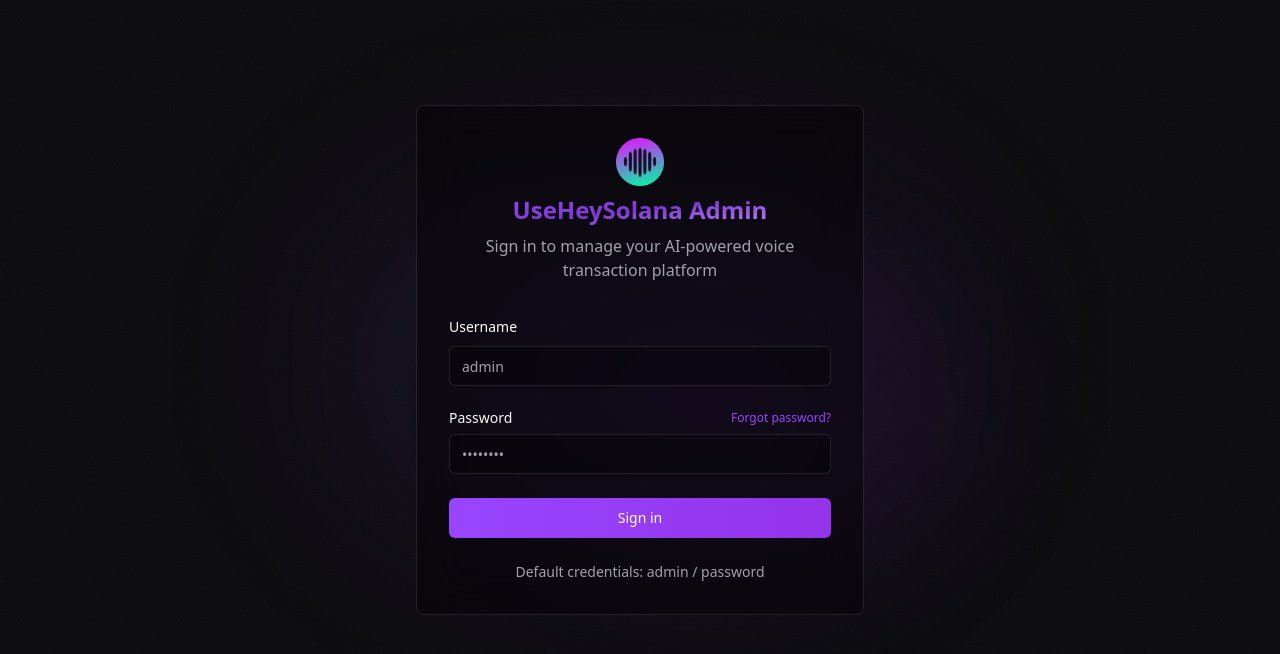
Repository: YrayPixels/Heysolana-admin-dashboard
Page: /
These files come from the project's save history. The page is drawn as it stood at one moment and after a run of saves; the edit follows.
The browser window is 1280 px wide. The pictures show the whole page.
The project was rebuilt for these pictures with package versions that can differ from the ones it lists, and the page was loaded fresh each time. Also part of the build but not shown: vite.config.ts, src/components/ui/tooltip.tsx, src/components/ui-custom/GlassCard.tsx, src/components/ui-custom/StatsCard.tsx, src/components/ui/dialog.tsx, src/components/ui/form.tsx, src/components/ui-custom/AddToWaitlistForm.tsx, src/components/ui/avatar.tsx and 11 more.

Above is the page before, as saved 2025-03-13 14:57:23.

### index.html
<!DOCTYPE html>
<html lang="en">
  <head>
    <meta charset="UTF-8" />
    <meta name="viewport" content="width=device-width, initial-scale=1.0" />
    <title>useHeySolana</title>
    <meta name="description" content="Lovable Generated Project" />
    <meta name="author" content="Lovable" />
    <meta property="og:image" content="/og-image.png" />
  </head>

  <body>
    <div id="root"></div>
    <!-- IMPORTANT: DO NOT REMOVE THIS SCRIPT TAG OR THIS VERY COMMENT! -->
    <script src="https://cdn.gpteng.co/gptengineer.js" type="module"></script>
    <script type="module" src="/src/main.tsx"></script>
  </body>
</html>

### src/App.tsx

import { Toaster } from "@/components/ui/toaster";
import { Toaster as Sonner } from "@/components/ui/sonner";
import { TooltipProvider } from "@/components/ui/tooltip";
import { QueryClient, QueryClientProvider } from "@tanstack/react-query";
import { BrowserRouter, Routes, Route, Navigate } from "react-router-dom";
import { AuthProvider } from "./components/AuthContext";
import SignIn from "./pages/SignIn";
import Dashboard from "./pages/Dashboard";
import WaitlistPage from "./pages/WaitlistPage";
import ProfilePage from "./pages/ProfilePage";
import NotFound from "./pages/NotFound";
import { isAuthenticated } from "./services/api";

const queryClient = new QueryClient();

// Protected route component
const ProtectedRoute = ({ children }: { children: JSX.Element }) => {
  const auth = isAuthenticated();

  if (!auth) {
    return <Navigate to="/" replace />;
  }

  return children;
};

const App = () => (
  <QueryClientProvider client={queryClient}>
    <TooltipProvider>
      <Toaster />
      <Sonner />
      <BrowserRouter>
        <AuthProvider>
          <Routes>
            <Route path="/" element={<SignIn />} />

            <Route
              path="/dashboard"
              element={
                <ProtectedRoute>
                  <Dashboard />
                </ProtectedRoute>
              }
            />

            <Route
              path="/waitlist"
              element={
                <ProtectedRoute>
                  <WaitlistPage />
                </ProtectedRoute>
              }
            />

            <Route
              path="/profile"
              element={
                <ProtectedRoute>
                  <ProfilePage />
                </ProtectedRoute>
              }
            />

            <Route path="*" element={<NotFound />} />
          </Routes>
        </AuthProvider>
      </BrowserRouter>
    </TooltipProvider>
  </QueryClientProvider>
);

export default App;

### src/index.css

@tailwind base;
@tailwind components;
@tailwind utilities;

@layer base {
  :root {
    --background: 240 10% 3.9%;
    --foreground: 0 0% 98%;

    --card: 240 10% 6.9%;
    --card-foreground: 0 0% 98%;

    --popover: 240 10% 3.9%;
    --popover-foreground: 0 0% 98%;

    --primary: 262 100% 64%;
    --primary-foreground: 0 0% 100%;

    --secondary: 240 3.7% 15.9%;
    --secondary-foreground: 0 0% 98%;

    --muted: 240 3.7% 15.9%;
    --muted-foreground: 240 5% 64.9%;

    --accent: 240 3.7% 15.9%;
    --accent-foreground: 0 0% 98%;

    --destructive: 0 62.8% 30.6%;
    --destructive-foreground: 0 0% 98%;

    --border: 240 3.7% 15.9%;
    --input: 240 3.7% 15.9%;
    --ring: 262 100% 64%;

    --radius: 0.5rem;

    --sidebar-background: 240 10% 4.9%;
    --sidebar-foreground: 0 0% 98%;
    --sidebar-primary: 262 100% 64%;
    --sidebar-primary-foreground: 0 0% 100%;
    --sidebar-accent: 240 3.7% 15.9%;
    --sidebar-accent-foreground: 0 0% 98%;
    --sidebar-border: 240 3.7% 15.9%;
    --sidebar-ring: 262 100% 64%;
  }
}

@layer base {
  * {
    @apply border-border selection:bg-solana/20 selection:text-solana;
  }

  body {
    @apply bg-background text-foreground antialiased overflow-x-hidden;
    font-feature-settings: "ss01", "ss02", "cv01", "cv02", "cv03";
  }

  html {
    @apply scroll-smooth;
  }
}

@layer utilities {
  .scrollbar-none {
    -ms-overflow-style: none;
    scrollbar-width: none;
  }

  .scrollbar-none::-webkit-scrollbar {
    display: none;
  }

  .glass-morphism {
    @apply backdrop-blur-xl bg-white/5 border border-white/10 shadow-[0_4px_12px_-2px_rgba(0,0,0,0.3)];
  }

  .glass-card {
    @apply backdrop-blur-xl bg-black/40 border border-white/10 rounded-lg;
  }

  .text-gradient {
    @apply bg-gradient-to-br from-white via-white/90 to-white/70 bg-clip-text text-transparent;
  }

  .text-gradient-solana {
    @apply bg-gradient-to-br from-solana via-solana/80 to-purple-400 bg-clip-text text-transparent;
  }

  .page-transitions {
    @apply transition-all duration-500 ease-in-out;
  }

  .animate-in-sequence > *:nth-child(1) { animation-delay: 0ms; }
  .animate-in-sequence > *:nth-child(2) { animation-delay: 100ms; }
  .animate-in-sequence > *:nth-child(3) { animation-delay: 200ms; }
  .animate-in-sequence > *:nth-child(4) { animation-delay: 300ms; }
  .animate-in-sequence > *:nth-child(5) { animation-delay: 400ms; }
  .animate-in-sequence > *:nth-child(6) { animation-delay: 500ms; }
}

### src/components/ui/toaster.tsx
import { useToast } from "@/hooks/use-toast"
import {
  Toast,
  ToastClose,
  ToastDescription,
  ToastProvider,
  ToastTitle,
  ToastViewport,
} from "@/components/ui/toast"

export function Toaster() {
  const { toasts } = useToast()

  return (
    <ToastProvider>
      {toasts.map(function ({ id, title, description, action, ...props }) {
        return (
          <Toast key={id} {...props}>
            <div className="grid gap-1">
              {title && <ToastTitle>{title}</ToastTitle>}
              {description && (
                <ToastDescription>{description}</ToastDescription>
              )}
            </div>
            {action}
            <ToastClose />
          </Toast>
        )
      })}
      <ToastViewport />
    </ToastProvider>
  )
}

### src/components/ui/sonner.tsx
import { useTheme } from "next-themes"
import { Toaster as Sonner } from "sonner"

type ToasterProps = React.ComponentProps<typeof Sonner>

const Toaster = ({ ...props }: ToasterProps) => {
  const { theme = "system" } = useTheme()

  return (
    <Sonner
      theme={theme as ToasterProps["theme"]}
      className="toaster group"
      toastOptions={{
        classNames: {
          toast:
            "group toast group-[.toaster]:bg-background group-[.toaster]:text-foreground group-[.toaster]:border-border group-[.toaster]:shadow-lg",
          description: "group-[.toast]:text-muted-foreground",
          actionButton:
            "group-[.toast]:bg-primary group-[.toast]:text-primary-foreground",
          cancelButton:
            "group-[.toast]:bg-muted group-[.toast]:text-muted-foreground",
        },
      }}
      {...props}
    />
  )
}

export { Toaster }

### src/components/AuthContext.tsx

import React, { createContext, useEffect, useState } from 'react';
import {
  getUserProfile,
  isAuthenticated,
  loginUser,
  logoutUser,
  updateUserProfile,
  UserProfile
} from '@/services/api';
import { useNavigate } from 'react-router-dom';

interface AuthContextType {
  user: UserProfile | null;
  isLoggedIn: boolean;
  login: (username: string, password: string) => Promise<boolean>;
  logout: () => void;
  updateProfile: (profile: Partial<UserProfile>) => Promise<UserProfile | null>;
}

export const AuthContext = createContext<AuthContextType>({
  user: null,
  isLoggedIn: false,
  login: async () => false,
  logout: () => {},
  updateProfile: async () => null,
});

export const AuthProvider: React.FC<{ children: React.ReactNode }> = ({ children }) => {
  const [user, setUser] = useState<UserProfile | null>(null);
  const [isLoggedIn, setIsLoggedIn] = useState<boolean>(false);
  const navigate = useNavigate();

  useEffect(() => {
    // Check if user is authenticated on mount
    const checkAuth = () => {
      const authenticated = isAuthenticated();
      setIsLoggedIn(authenticated);

      if (authenticated) {
        const profile = getUserProfile();
        setUser(profile);
      }
    };

    checkAuth();
  }, []);

  const login = async (username: string, password: string) => {
    const success = await loginUser(username, password);

    if (success) {
      setIsLoggedIn(true);
      const profile = getUserProfile();
      setUser(profile);
      navigate('/dashboard');
    }

    return success;
  };

  const logout = () => {
    logoutUser();
    setIsLoggedIn(false);
    setUser(null);
    navigate('/');
  };

  const updateProfile = async (profile: Partial<UserProfile>) => {
    const updatedProfile = await updateUserProfile(profile);

    if (updatedProfile) {
      setUser(updatedProfile);
    }

    return updatedProfile;
  };

  return (
    <AuthContext.Provider value={{ user, isLoggedIn, login, logout, updateProfile }}>
      {children}
    </AuthContext.Provider>
  );
};

export const useAuth = () => {
  const context = React.useContext(AuthContext);

  if (context === undefined) {
    throw new Error('useAuth must be used within an AuthProvider');
  }

  return context;
};

### src/pages/SignIn.tsx

import React, { useState } from 'react';
import { useAuth } from '@/hooks/useAuth';
import { Button } from '@/components/ui/button';
import { Input } from '@/components/ui/input';
import { Label } from '@/components/ui/label';
import { Volume2 } from 'lucide-react';
import AnimatedText from '@/components/ui-custom/AnimatedText';
import { toast } from 'sonner';
import Logo from '../../public/logo.png';

const SignIn: React.FC = () => {
  const { login } = useAuth();
  const [username, setUsername] = useState('');
  const [password, setPassword] = useState('');
  const [loading, setLoading] = useState(false);

  const handleSubmit = async (e: React.FormEvent) => {
    e.preventDefault();

    if (!username || !password) {
      toast.error('Please enter both username and password');
      return;
    }

    setLoading(true);

    try {
      const success = await login(username, password);

      if (!success) {
        toast.error('Invalid credentials. Try admin/password');
      }
    } catch (error) {
      console.error('Login error:', error);
      toast.error('An error occurred during login');
    } finally {
      setLoading(false);
    }
  };

  return (
    <div className="flex min-h-screen items-center justify-center bg-background bg-noise p-4">
      <div className="absolute inset-0 overflow-hidden">
        <div className="absolute top-1/4 left-1/4 w-1/2 h-1/2 bg-solana/10 blur-[120px] rounded-full animate-pulse-slow"></div>
        <div className="absolute bottom-1/4 right-1/4 w-1/3 h-1/3 bg-purple-700/10 blur-[100px] rounded-full animate-pulse-slow" style={{ animationDelay: '1s' }}></div>
      </div>

      <div className="glass-card p-8 w-full max-w-md z-10">
        <div className="flex flex-col items-center space-y-2 mb-8">
          <div className="h-12 w-12 rounded-full bg-solana/10 flex items-center justify-center">
            <img src={Logo} />
          </div>
          <h1 className="text-2xl font-bold mt-4">
            <AnimatedText gradient>UseHeySolana Admin</AnimatedText>
          </h1>
          <p className="text-muted-foreground text-center mt-1">
            <AnimatedText delay={200}>Sign in to manage your AI-powered voice transaction platform</AnimatedText>
          </p>
        </div>

        <form onSubmit={handleSubmit} className="space-y-6">
          <div className="space-y-2">
            <Label htmlFor="username">Username</Label>
            <Input
              id="username"
              placeholder="admin"
              value={username}
              onChange={(e) => setUsername(e.target.value)}
              className="bg-black/30 border-white/10"
            />
          </div>

          <div className="space-y-2">
            <div className="flex items-center justify-between">
              <Label htmlFor="password">Password</Label>
              <a href="#" className="text-xs text-solana hover:text-solana/80 transition-colors">
                Forgot password?
              </a>
            </div>
            <Input
              id="password"
              type="password"
              placeholder="••••••••"
              value={password}
              onChange={(e) => setPassword(e.target.value)}
              className="bg-black/30 border-white/10"
            />
          </div>

          <Button
            type="submit"
            className="w-full bg-gradient-to-r from-solana to-purple-600 hover:opacity-90 transition-opacity"
            disabled={loading}
          >
            {loading ? 'Signing in...' : 'Sign in'}
          </Button>
        </form>

        <div className="mt-6 text-center text-sm text-muted-foreground">
          <p>Default credentials: admin / password</p>
        </div>
      </div>
    </div>
  );
};

export default SignIn;

### src/services/api.ts

import { toast } from "sonner";

export interface WaitlistUser {
  id: number;
  email_address: string;
  first_name: string;
  last_name: string;
  country: string;
  wallet_address: string;
  created_at?: string;
}

export interface UserProfile {
  username: string;
  email: string;
  fullName: string;
  avatar: string;
}

const BASE_URL = "https://api.yraytestings.com.ng/api";

// Error handling helper
const handleError = (error: { response?: { data?: { message?: string } } }) => {
  console.error("API Error:", error);
  const message = error.response?.data?.message || 'Something went wrong';
  toast.error(message);
  return null;
};

// Get waitlist users
export const getWaitlistUsers = async (): Promise<WaitlistUser[]> => {
  try {
    console.log("Fetching waitlist users from", `${BASE_URL}/get_waitlist`);
    const response = await fetch(`${BASE_URL}/get_waitlist`);

    if (!response.ok) {
      throw new Error(`Failed to fetch waitlist: ${response.statusText}`);
    }

    const data = await response.json();
    console.log("Waitlist data:", data);
    return data || [];
  } catch (error) {
    handleError(error);
    return [];
  }
};

// Add a user to the waitlist
export const addToWaitlist = async (userData: Omit<WaitlistUser, 'id'>): Promise<boolean> => {
  try {
    console.log("Adding user to waitlist:", userData);
    const response = await fetch(`${BASE_URL}/add_to_waitlist`, {
      method: 'POST',
      headers: {
        'Content-Type': 'application/json',
      },
      body: JSON.stringify(userData),
    });

    if (!response.ok) {
      throw new Error(`Failed to add to waitlist: ${response.statusText}`);
    }

    toast.success('User added to waitlist successfully');
    return true;
  } catch (error) {
    handleError(error);
    return false;
  }
};

// Mock auth service
export const loginUser = async (username: string, password: string): Promise<boolean> => {
  try {
    // For demo purposes, hardcoded credentials
    if (username === 'admin' && password === 'password') {
      // Store auth token in localStorage
      localStorage.setItem('auth_token', 'mock_token_12345');
      localStorage.setItem('user_profile', JSON.stringify({
        username: 'admin',
        email: 'admin@example.com',
        fullName: 'Admin User',
        avatar: '',
      }));
      return true;
    }

    throw new Error('Invalid credentials');
  } catch (error) {
    handleError(error);
    return false;
  }
};

// Mock profile update
export const updateUserProfile = async (profile: Partial<UserProfile>): Promise<UserProfile | null> => {
  try {
    // For demo purposes, just update localStorage
    const currentProfile = localStorage.getItem('user_profile');
    if (!currentProfile) {
      throw new Error('No user profile found');
    }

    const parsedProfile = JSON.parse(currentProfile);
    const updatedProfile = { ...parsedProfile, ...profile };

    localStorage.setItem('user_profile', JSON.stringify(updatedProfile));
    toast.success('Profile updated successfully');

    return updatedProfile;
  } catch (error) {
    handleError(error);
    return null;
  }
};

// Get stored user profile
export const getUserProfile = (): UserProfile | null => {
  try {
    const profile = localStorage.getItem('user_profile');
    if (!profile) return null;
    return JSON.parse(profile);
  } catch (error) {
    handleError(error);
    return null;
  }
};

// Check if user is authenticated
export const isAuthenticated = (): boolean => {
  return !!localStorage.getItem('auth_token');
};

// Logout user
export const logoutUser = (): void => {
  localStorage.removeItem('auth_token');
  localStorage.removeItem('user_profile');
  toast.success('Logged out successfully');
};

### src/hooks/useAuth.tsx

import { AuthContext } from '@/components/AuthContext';
import { useContext } from 'react';

export const useAuth = () => {
  return useContext(AuthContext);
};

### src/components/ui/button.tsx
import * as React from "react"
import { Slot } from "@radix-ui/react-slot"
import { cva, type VariantProps } from "class-variance-authority"

import { cn } from "@/lib/utils"

const buttonVariants = cva(
  "inline-flex items-center justify-center gap-2 whitespace-nowrap rounded-md text-sm font-medium ring-offset-background transition-colors focus-visible:outline-none focus-visible:ring-2 focus-visible:ring-ring focus-visible:ring-offset-2 disabled:pointer-events-none disabled:opacity-50 [&_svg]:pointer-events-none [&_svg]:size-4 [&_svg]:shrink-0",
  {
    variants: {
      variant: {
        default: "bg-primary text-primary-foreground hover:bg-primary/90",
        destructive:
          "bg-destructive text-destructive-foreground hover:bg-destructive/90",
        outline:
          "border border-input bg-background hover:bg-accent hover:text-accent-foreground",
        secondary:
          "bg-secondary text-secondary-foreground hover:bg-secondary/80",
        ghost: "hover:bg-accent hover:text-accent-foreground",
        link: "text-primary underline-offset-4 hover:underline",
      },
      size: {
        default: "h-10 px-4 py-2",
        sm: "h-9 rounded-md px-3",
        lg: "h-11 rounded-md px-8",
        icon: "h-10 w-10",
      },
    },
    defaultVariants: {
      variant: "default",
      size: "default",
    },
  }
)

export interface ButtonProps
  extends React.ButtonHTMLAttributes<HTMLButtonElement>,
    VariantProps<typeof buttonVariants> {
  asChild?: boolean
}

const Button = React.forwardRef<HTMLButtonElement, ButtonProps>(
  ({ className, variant, size, asChild = false, ...props }, ref) => {
    const Comp = asChild ? Slot : "button"
    return (
      <Comp
        className={cn(buttonVariants({ variant, size, className }))}
        ref={ref}
        {...props}
      />
    )
  }
)
Button.displayName = "Button"

export { Button, buttonVariants }

### src/components/ui/input.tsx
import * as React from "react"

import { cn } from "@/lib/utils"

const Input = React.forwardRef<HTMLInputElement, React.ComponentProps<"input">>(
  ({ className, type, ...props }, ref) => {
    return (
      <input
        type={type}
        className={cn(
          "flex h-10 w-full rounded-md border border-input bg-background px-3 py-2 text-base ring-offset-background file:border-0 file:bg-transparent file:text-sm file:font-medium file:text-foreground placeholder:text-muted-foreground focus-visible:outline-none focus-visible:ring-2 focus-visible:ring-ring focus-visible:ring-offset-2 disabled:cursor-not-allowed disabled:opacity-50 md:text-sm",
          className
        )}
        ref={ref}
        {...props}
      />
    )
  }
)
Input.displayName = "Input"

export { Input }

### src/components/ui/label.tsx
import * as React from "react"
import * as LabelPrimitive from "@radix-ui/react-label"
import { cva, type VariantProps } from "class-variance-authority"

import { cn } from "@/lib/utils"

const labelVariants = cva(
  "text-sm font-medium leading-none peer-disabled:cursor-not-allowed peer-disabled:opacity-70"
)

const Label = React.forwardRef<
  React.ElementRef<typeof LabelPrimitive.Root>,
  React.ComponentPropsWithoutRef<typeof LabelPrimitive.Root> &
    VariantProps<typeof labelVariants>
>(({ className, ...props }, ref) => (
  <LabelPrimitive.Root
    ref={ref}
    className={cn(labelVariants(), className)}
    {...props}
  />
))
Label.displayName = LabelPrimitive.Root.displayName

export { Label }

### src/components/ui-custom/AnimatedText.tsx

import { cn } from '@/lib/utils';
import React from 'react';

interface AnimatedTextProps {
  text?: string;
  children?: React.ReactNode;
  className?: string;
  gradient?: boolean;
  delay?: number;
}

const AnimatedText: React.FC<AnimatedTextProps> = ({
  text,
  children,
  className,
  gradient = false,
  delay = 0
}) => {
  const content = text || children;

  return (
    <span
      className={cn(
        'inline-block opacity-0 animate-fade-in',
        gradient && 'text-gradient-solana',
        className
      )}
      style={{ animationDelay: `${delay}ms` }}
    >
      {content}
    </span>
  );
};

export default AnimatedText;

Loaded but not shown: src/main.tsx (common file); src/hooks/use-toast.ts (common file); src/lib/utils.ts (common file); src/components/ui/toast.tsx (127 lines, source omitted); tailwind.config.ts (127 lines, source omitted)

After the next 7 saves:
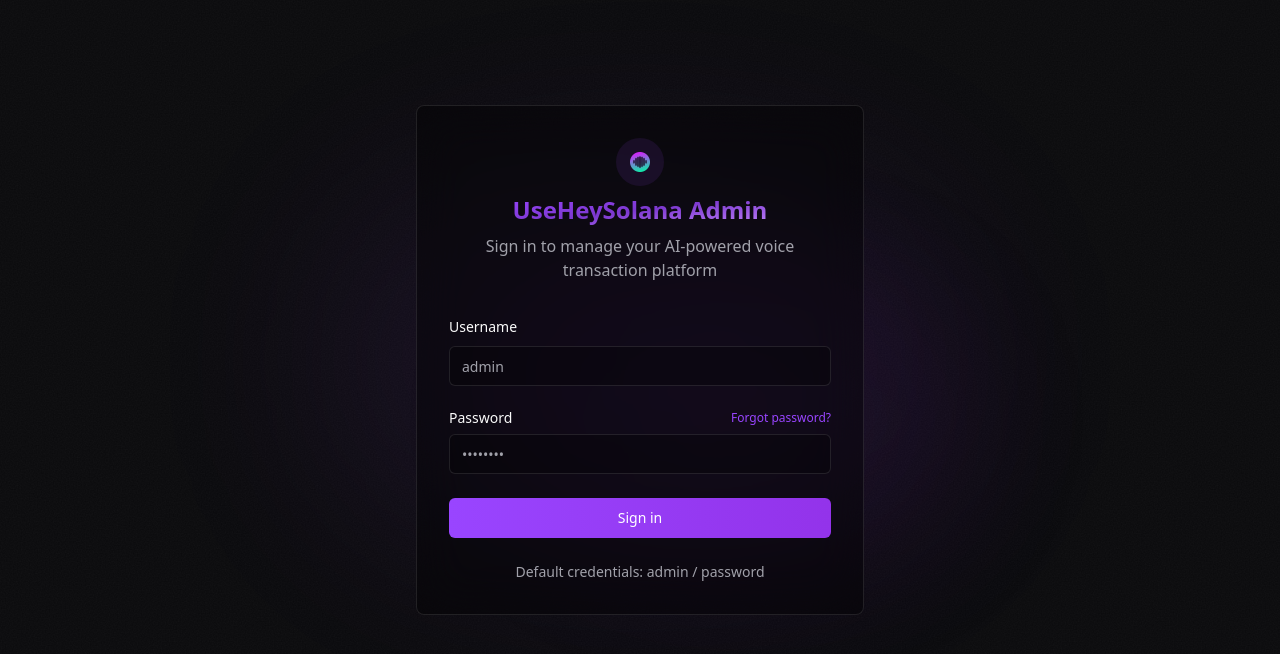
The 7 saves are shown as one change because they came seconds apart.
The last was saved 59 s later.
--- a/src/pages/SignIn.tsx
+++ b/src/pages/SignIn.tsx
@@ -49,7 +49,7 @@
       <div className="glass-card p-8 w-full max-w-md z-10">
         <div className="flex flex-col items-center space-y-2 mb-8">
           <div className="h-12 w-12 rounded-full bg-solana/10 flex items-center justify-center">
-            <img src={Logo} />
+            <img src={Logo} width={20}/>
           </div>
           <h1 className="text-2xl font-bold mt-4">
             <AnimatedText gradient>UseHeySolana Admin</AnimatedText>

After the save that followed:
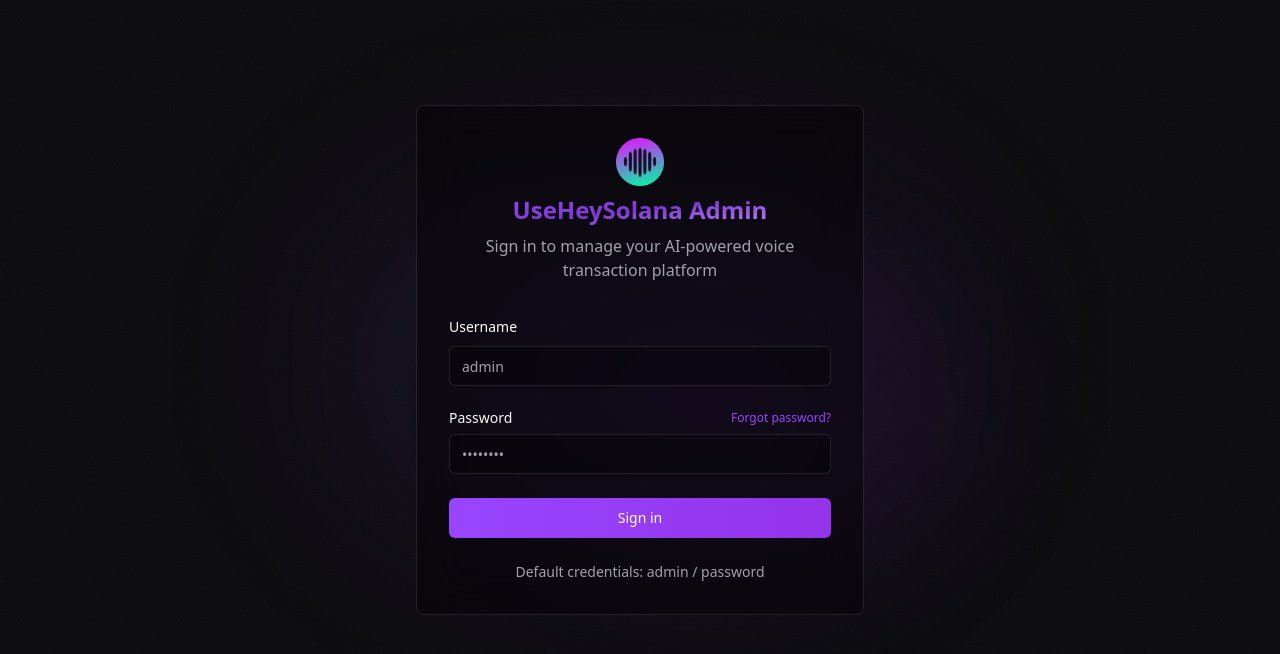
Saved 12 s later.
--- a/src/pages/SignIn.tsx
+++ b/src/pages/SignIn.tsx
@@ -49,7 +49,7 @@
       <div className="glass-card p-8 w-full max-w-md z-10">
         <div className="flex flex-col items-center space-y-2 mb-8">
           <div className="h-12 w-12 rounded-full bg-solana/10 flex items-center justify-center">
-            <img src={Logo} width={20}/>
+            <img src={Logo}/>
           </div>
           <h1 className="text-2xl font-bold mt-4">
             <AnimatedText gradient>UseHeySolana Admin</AnimatedText>
